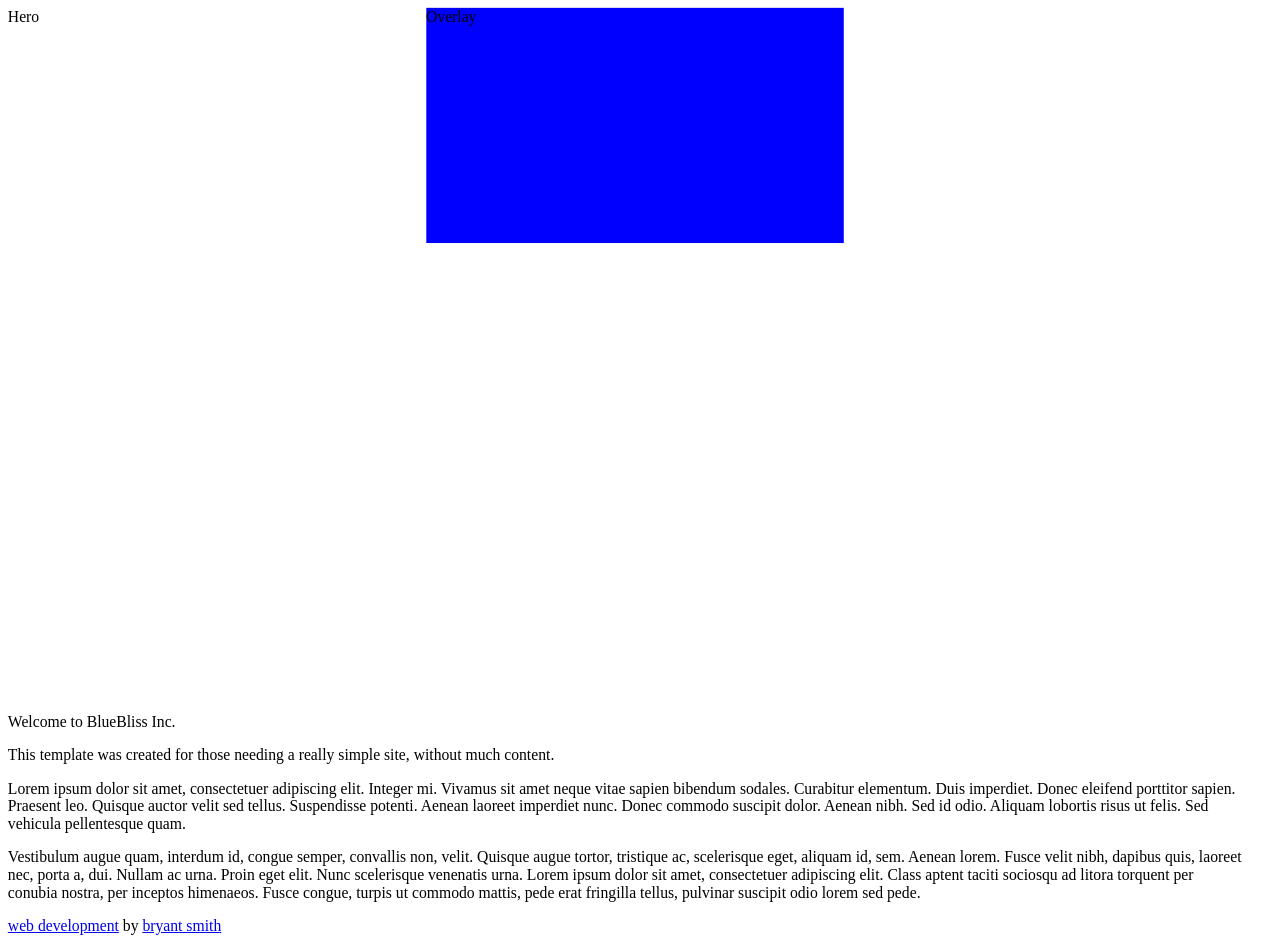
Repository: Scoofster/SWE-Flying-start-bio-website
Page: public/index.html
These files come from the project's save history. The page is drawn as it stood at one moment and after the next save; the edit follows.
The browser window is 1280 px wide. The page is 1288 px wide, so the pictures cover 1288 px, including what lies to the right of the window. The pictures show the whole page, at 98% of full size.

Above is the page before, as saved 2022-06-16 12:38:01.

After the next save:
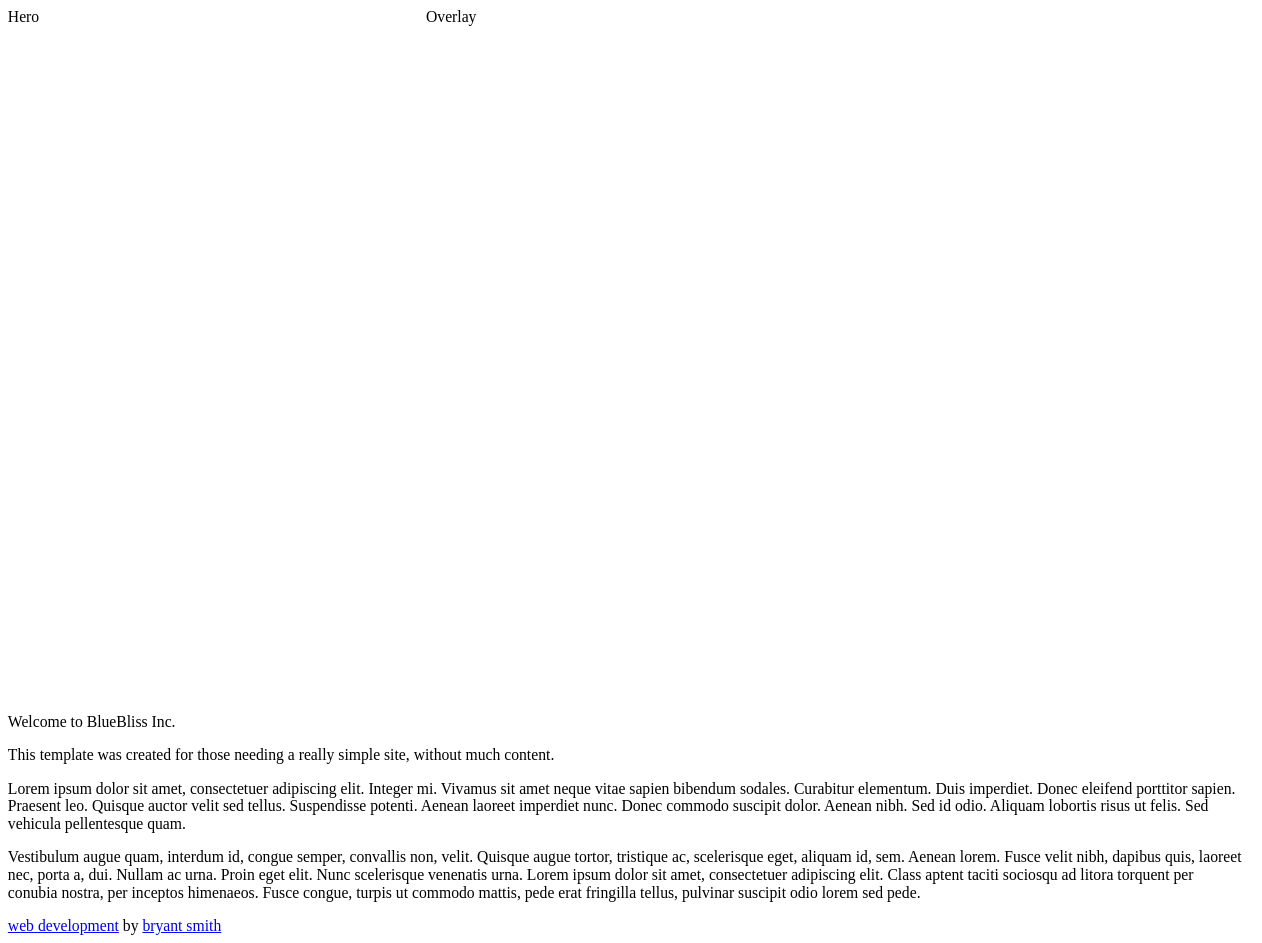
Saved 36 s later.
--- a/public/index.css
+++ b/public/index.css
@@ -11,7 +11,7 @@
 }
 
 #hero_overlay {
-    display: absolute;
+    grid-area: 1 /1 /3 /3
 
     background-color: blue;
     top:0;
